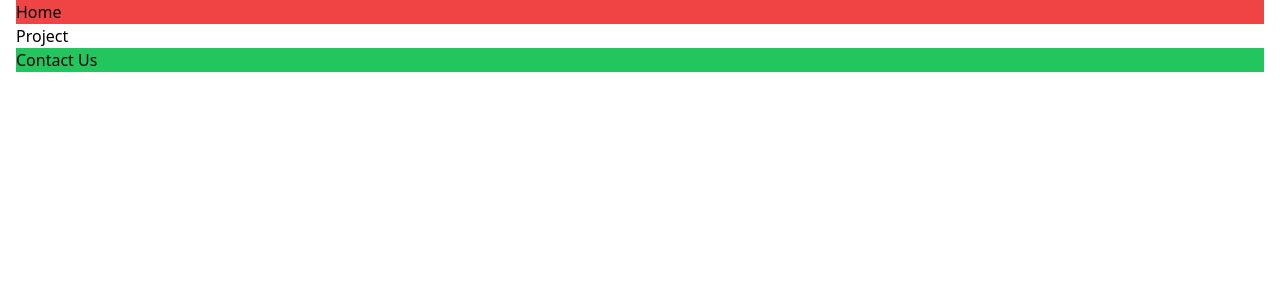
Repository: ashut6138/RozarpayClone
Page: Desktop/RozarpayClone/index.html
The author's editor kept a copy of each file at every save. The page is drawn from the files as they stood at one save, then again after the next save.
The browser window is 1280 px wide. The pictures show the whole page.
Some web libraries are served in a nearby version.

Above is the page before, as saved 2025-01-21 23:12:05.

After the next save:
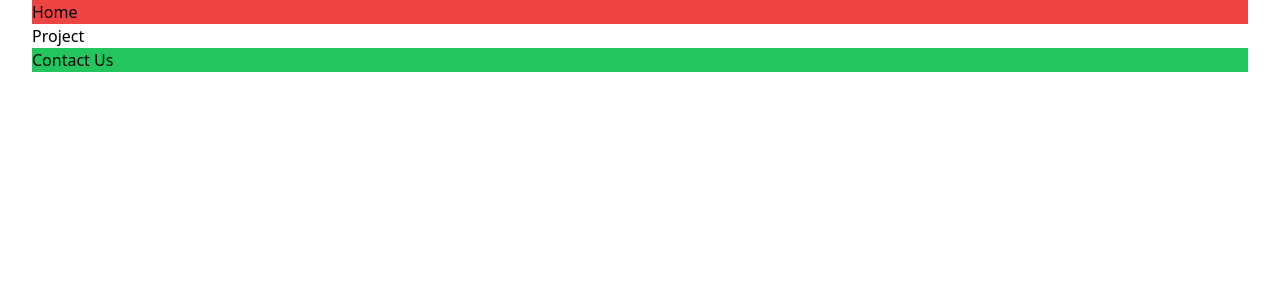
Saved 4 s later.
--- a/Desktop/RozarpayClone/index.html
+++ b/Desktop/RozarpayClone/index.html
@@ -9,7 +9,7 @@
 </head>
 <body>
     <nav>
-        <ul class="">
+        <ul class="mx-4">
             <li class="mx-4 bg-red-500">Home</li>
             <li class="mx-4 bg-white">Project</li>
             <li class="mx-4 bg-green-500">Contact Us</li>
